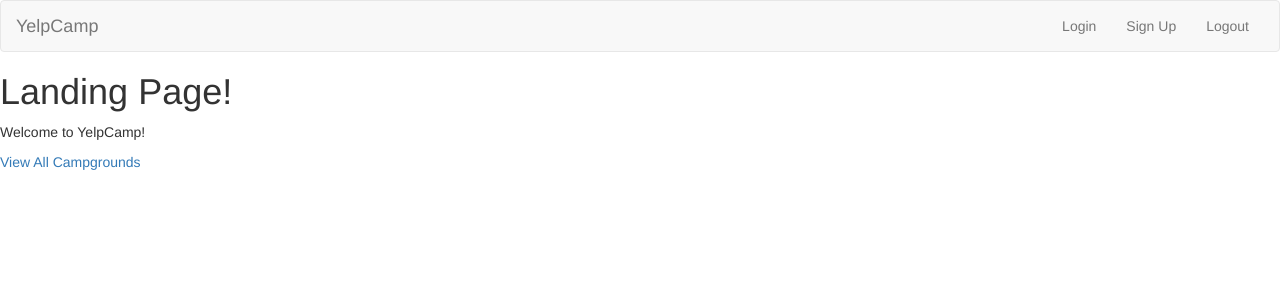
Repository: ZhenyuanBo/Web-Development-Boot-Camp
Page: http://localhost/
The author's editor kept a record of every edit. The page is drawn from the files as they stood at one moment, then again after the next edit.
The browser window is 1280 px wide. The pictures show the whole page.
The page is served by the project's Node server (YelpCamp/v6/app.js).

Above is the page before.

After the next edit:
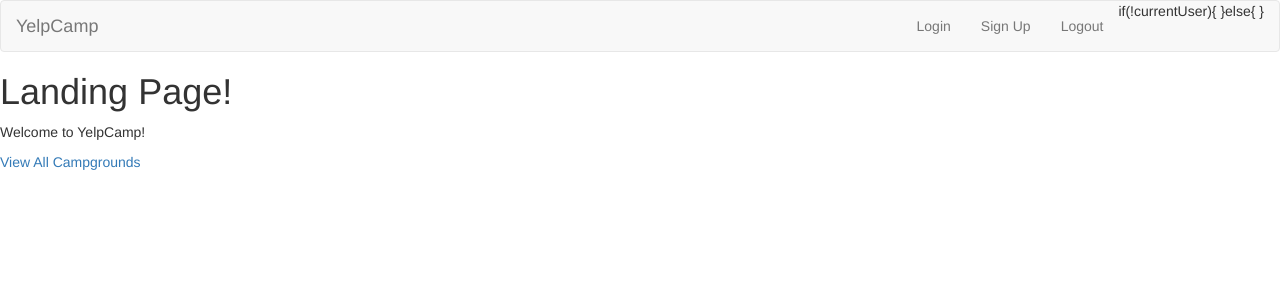
The edit:
--- a/workspace/YelpCamp/v6/views/partials/header.ejs
+++ b/workspace/YelpCamp/v6/views/partials/header.ejs
@@ -13,9 +13,12 @@
                 </div>
                 <div class="collapse navbar-collapse">
                     <ul class="nav navbar-nav navbar-right">
-                        <li><a href="/login">Login</a></li>
-                        <li><a href="/register">Sign Up</a></li>
-                        <li><a href="/logout">Logout</a></li>
+                        if(!currentUser){
+                            <li><a href="/login">Login</a></li>
+                            <li><a href="/register">Sign Up</a></li>
+                        }else{
+                            <li><a href="/logout">Logout</a></li>
+                        }
                     </ul>
                 </div>
             </div>
